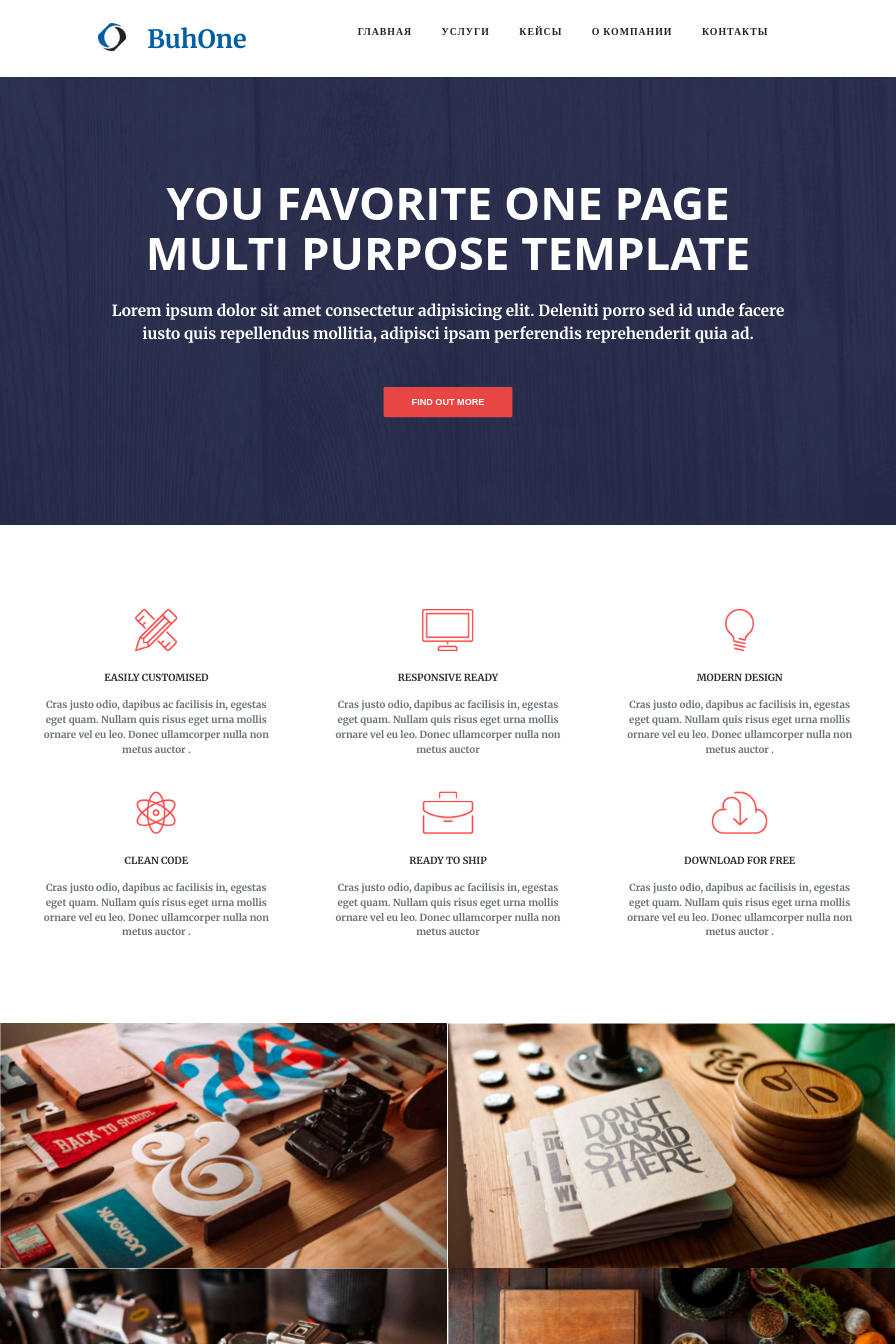
Repository: ZetsubouBilly/test
Page: index.html
These files come from the project's save history. The page is drawn as it stood at one moment and after a run of saves; the edit follows.
The browser window is 1280 px wide. The pictures show the part of the page from y = 0 to 1920 px (the page is 4929 px tall), at 70% of full size.

Above is the page before, as saved 2023-05-13 12:29:48.

After the next 2 saves:
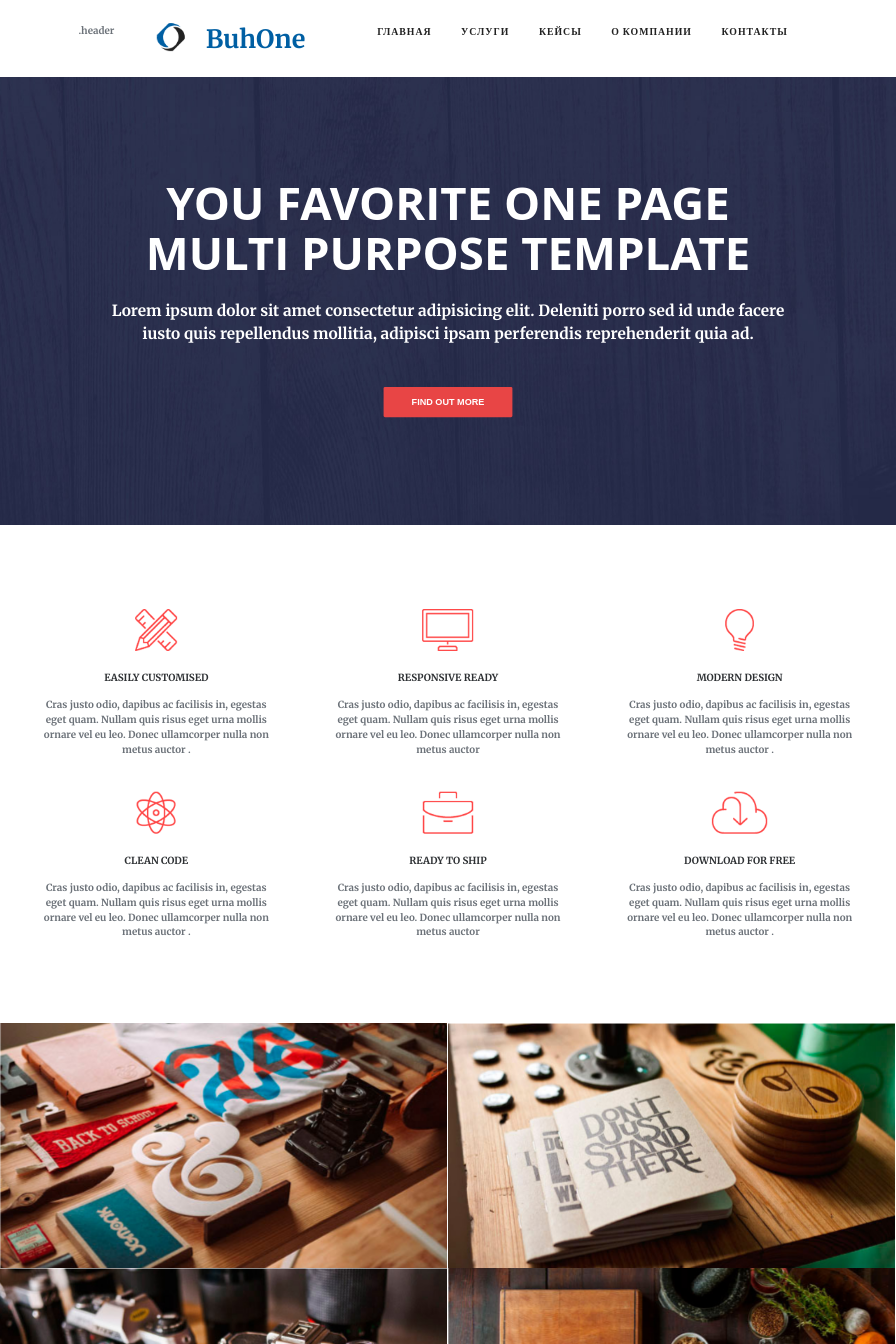
The 2 saves are shown as one change because they came seconds apart.
The last was saved 29 s later.
--- a/index.html
+++ b/index.html
@@ -27,6 +27,7 @@
  <header class="header" id="header">
 
             <div class="header__inner">
+                .header
                 <div class="header__logo">
                     <img src="img/logo.png" alt="">
                     <p class="header__logo_name">BuhOne</p>
